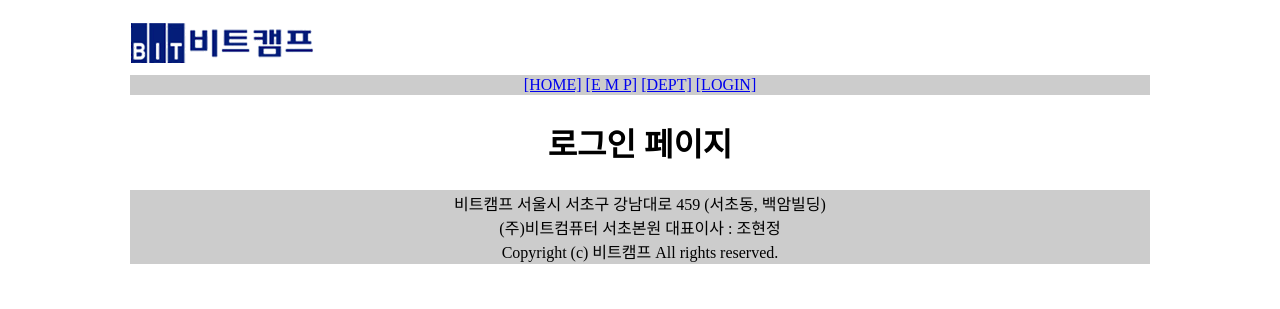
Repository: Lee-seongBeom/bitclass
Page: http://localhost/web08/login/form.jsp
The author's editor kept a copy of each file at every save. The page is drawn from the files as they stood at one save, then again after the next save.
The browser window is 1280 px wide. The pictures show the whole page.
The page is served by Tomcat 9.

Above is the page before, as saved 2020-07-07 08:07:37.

After the next save:
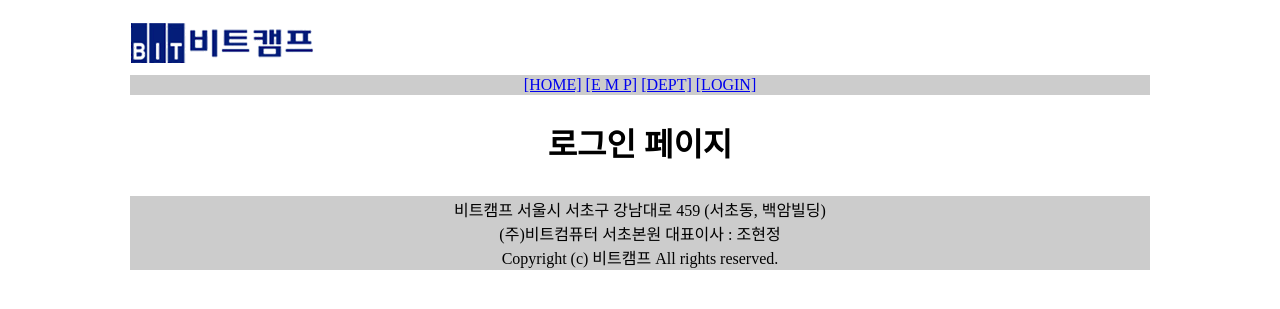
Saved 15 s later.
--- a/web/web08/WebContent/login/form.jsp
+++ b/web/web08/WebContent/login/form.jsp
@@ -15,7 +15,11 @@
 	<center>
 		<h1>로그인 페이지</h1>
 		<form action="result.jsp">
-
+			<table>
+				<tr>
+					<td></td>
+				</tr>
+			</table>
 
 		</form>
 	</center>
